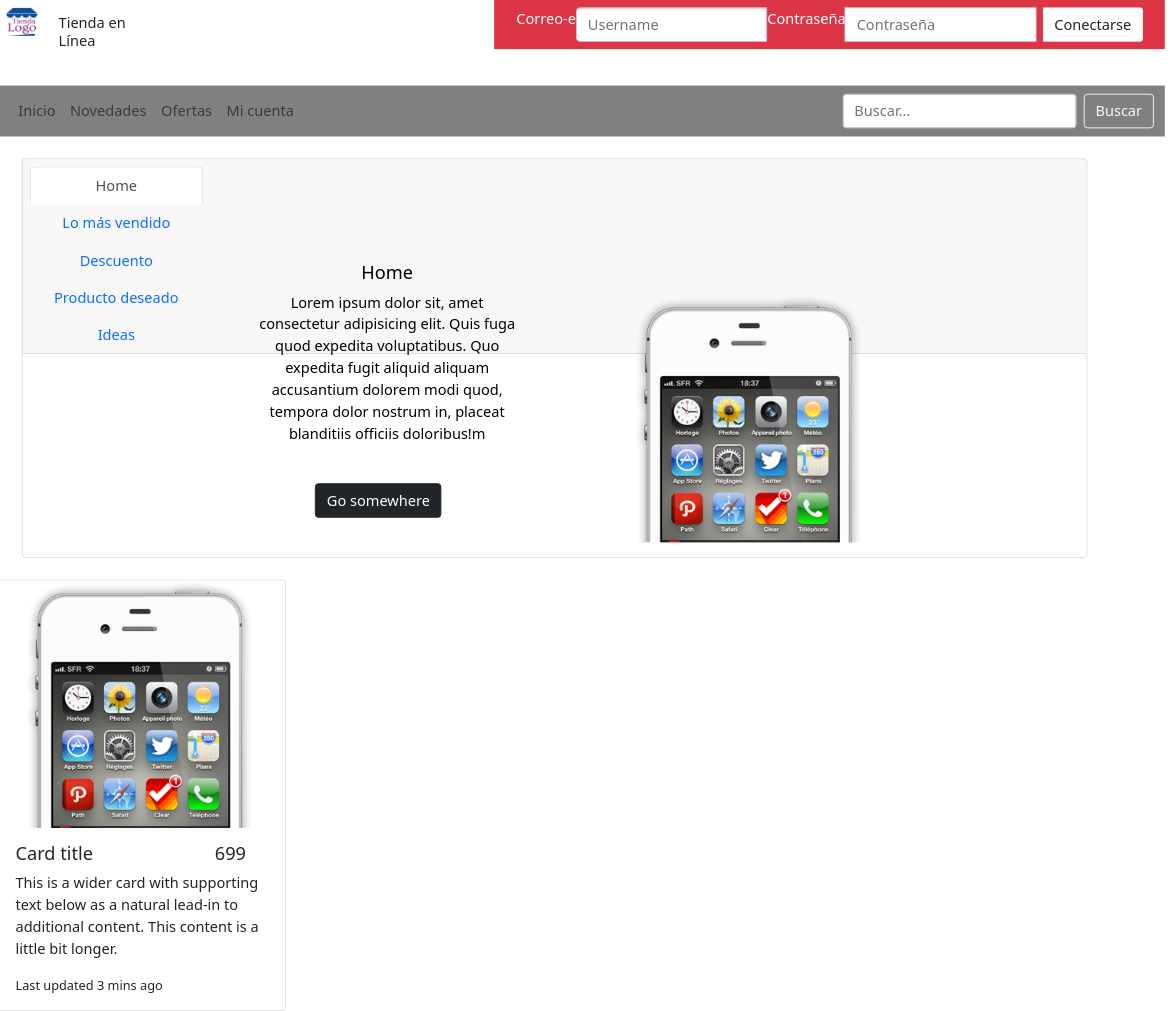
Repository: nicorp00/bootstrapSass
Page: Main/index.html
The author's editor kept a copy of each file at every save. The page is drawn from the files as they stood at one save, then again after the next save.
The browser window is 1280 px wide. The page is 1292 px wide, so the pictures cover 1292 px, including what lies to the right of the window. The pictures show the whole page, at 91% of full size.
Some web libraries are served in a nearby version. The style sheet was rebuilt from its Sass, Less or Tailwind sources for each picture, by a compiler version that may differ from the author's.

Above is the page before, as saved 2022-03-25 12:01:20.

### Main/index.html
<!DOCTYPE html>
<html lang="en">
<head>
    <meta charset="UTF-8">
    <meta http-equiv="X-UA-Compatible" content="IE=edge">
    <meta name="viewport" content="width=device-width, initial-scale=1.0">
    <title>Document</title>
    <link rel="stylesheet" href="css/style.css">
    <link rel="stylesheet" href="css/bootstrap.min.css">
    <link rel="stylesheet" href="https://use.fontawesome.com/releases/v5.8.1/css/all.css"
        integrity="sha384-50oBUHEmvpQ+1lW4y57PTFmhCaXp0ML5d60M1M7uH2+nqUivzIebhndOJK28anvf" crossorigin="anonymous">
</head>
<body>
    <section class="section__top row">
        <div class="col-2">
            <div class="card mb-3 border-0" style="max-width: 540px;">
                <div class="row g-0">
                  <div class="col-md-3">
                    <img src="img/logo.png" class="img-fluid rounded-start" alt="...">
                  </div>
                  <div class="col-md-9">
                    <div class="card-body">
                      <h6 class="card-title">Tienda en Línea</h6>
                    </div>
                  </div>
                </div>
              </div>
        </div>
        <div class="col-3"></div>
        <div class="top-nav col-7">
            <nav class="navbar navbar-danger bg-danger">
                <form class="container-fluid">
                  <div class="input-group">
                    <!--<span class="input-group-text" id="basic-addon1">@</span>-->
                    Correo-e<input type="text" class="form-control" placeholder="Username" aria-label="Correo@" aria-describedby="basic-addon1">
                    Contraseña<input class="form-control me-2" type="search" placeholder="Contraseña" aria-label="Search">
                    <button class="btn btn-outline" type="submit">Conectarse</button>
                  </div>
                </form>
              </nav>
        </div>
    </section>

    <section class="section__nav">
        <nav class="navbar navbar-expand-lg navbar-light">
            <div class="container-fluid">
              <button class="navbar-toggler" type="button" data-bs-toggle="collapse" data-bs-target="#navbarSupportedContent" aria-controls="navbarSupportedContent" aria-expanded="false" aria-label="Toggle navigation">
                <span class="navbar-toggler-icon"></span>
              </button>
              <div class="collapse navbar-collapse" id="navbarSupportedContent">
                <ul class="navbar-nav me-auto mb-2 mb-lg-0">
                  <li class="nav-item">
                    <a class="nav-link" aria-current="page" href="#">Inicio</a>
                  </li>
                  <li class="nav-item">
                    <a class="nav-link" href="#">Novedades</a>
                  </li>
                  <li class="nav-item">
                    <a class="nav-link" href="#">Ofertas</a>
                  </li>
                  <li class="nav-item">
                    <a class="nav-link" href="#">Mi cuenta</a>
                  </li>
                </ul>
                <form class="d-flex">
                  <input class="form-control me-2" type="search" placeholder="Buscar..." aria-label="Search">
                  <button class="btn btn-outline-light" type="submit">Buscar</button>
                </form>
              </div>
            </div>
          </nav>
    </section>

    <section class="section__1">
        <div class="row">
            <div class="m-4 col-11 text-black">
                <div class="card text-center">
                    <div class="card-header">
                        <ul class="nav nav-tabs card-header-tabs flex-column col-2" id="myTab">
                            <li class="nav-item">
                                <a href="#home" class="nav-link active" data-bs-toggle="tab">Home</a>
                            </li>
                            <li class="nav-item">
                                <a href="#vendido" class="nav-link" data-bs-toggle="tab">Lo más vendido</a>
                            </li>
                            <li class="nav-item">
                                <a href="#descuento" class="nav-link" data-bs-toggle="tab">Descuento</a>
                            </li>
                            <li class="nav-item">
                              <a href="#deseado" class="nav-link" data-bs-toggle="tab">Producto deseado</a>
                          </li>
                          <li class="nav-item">
                                <a href="#ideas" class="nav-link" data-bs-toggle="tab">Ideas</a>
                            </li>
                        </ul>
                    </div>
                    <div class="card-body">
                        <div class="tab-content">
                            <div class="tab-pane fade show active" id="home">
                                <h5 class="card-title col-4">Home</h5>
                                <p class="card-text col-4">Lorem ipsum dolor sit, amet consectetur adipisicing elit. Quis fuga quod expedita voluptatibus. Quo expedita fugit aliquid aliquam accusantium dolorem modi quod, tempora dolor nostrum in, placeat blanditiis officiis doloribus!m</p>
                                <a href="#" class="btn btn-dark">Go somewhere</a>
                                <img class="img-fluid col-4" src="img/iphone.png">
                            </div>

                            <div class="tab-pane fade show" id="vendido">
                              <h5 class="card-title col-4">Home</h5>
                              <p class="card-text col-4">Lorem ipsum dolor sit, amet consectetur adipisicing elit. Quis fuga quod expedita voluptatibus. Quo expedita fugit aliquid aliquam accusantium dolorem modi quod, tempora dolor nostrum in, placeat blanditiis officiis doloribus!m</p>
                              <a href="#" class="btn btn-dark">Go somewhere</a>
                              <img class="img-fluid col-4" src="img/ipad.png">
                          </div>

                          <div class="tab-pane fade show" id="descuento">
                            <h5 class="card-title col-4">Home</h5>
                            <p class="card-text col-4">Lorem ipsum dolor sit, amet consectetur adipisicing elit. Quis fuga quod expedita voluptatibus. Quo expedita fugit aliquid aliquam accusantium dolorem modi quod, tempora dolor nostrum in, placeat blanditiis officiis doloribus!m</p>
                            <a href="#" class="btn btn-dark">Go somewhere</a>
                            <img class="img-fluid col-4" src="img/ps4.png">
                        </div>

                        <div class="tab-pane fade show" id="deseado">
                          <h5 class="card-title col-4">Home</h5>
                          <p class="card-text col-4">Lorem ipsum dolor sit, amet consectetur adipisicing elit. Quis fuga quod expedita voluptatibus. Quo expedita fugit aliquid aliquam accusantium dolorem modi quod, tempora dolor nostrum in, placeat blanditiis officiis doloribus!m</p>
                          <a href="#" class="btn btn-dark">Go somewhere</a>
                          <img class="img-fluid col-4" src="img/s5.png">
                      </div>

                      <div class="tab-pane fade show" id="ideas">
                        <h5 class="card-title col-4">Home</h5>
                        <p class="card-text col-4">Lorem ipsum dolor sit, amet consectetur adipisicing elit. Quis fuga quod expedita voluptatibus. Quo expedita fugit aliquid aliquam accusantium dolorem modi quod, tempora dolor nostrum in, placeat blanditiis officiis doloribus!m</p>
                        <a href="#" class="btn btn-dark">Go somewhere</a>
                        <img class="img-fluid col-4" src="img/tv.png">
                    </div>
                        </div>
                    </div>
                </div>
            </div>
        </div>
    </section>

    <section class="">
      <div class="row">
        <div class="card col-3">
          <img src="img/iphone.png" class="card-img-top img-fluid" alt="...">
          <div class="card-body row">
            <h5 class="card-title col-9">Card title</h5>
            <h5 class="card-title col-3">699</h5>
            <p class="card-text">This is a wider card with supporting text below as a natural lead-in to additional content. This content is a little bit longer.</p>
            <p class="card-text"><small class="">Last updated 3 mins ago</small></p>
          </div>
        </div>
      </div>
    </section>
    <script src="js/bootstrap.min.js"></script>
</body>
</html>

### Main/scss/style.scss
@use 'section__top';
@use 'section__nav';
@use 'section__1';

### Main/scss/_section__top.scss
.section__top{
    span{
        margin-left: 20%;
    }
    form{
        color: white;
    }
    button{
        background-color: white;
    }
}

### Main/scss/_section__nav.scss
.section__nav{
    background-color: grey;

    .nav-item{
        color: white;
    }
}

### Main/scss/_section__1.scss
.section__1{
    .card-body{
        margin-left: 20%;
        margin-top: -10%;

        img{
            margin-top: -20%;
            margin-left: 20%;
        }

        .btn{
            margin-left: -15%;
        }

    }
}

Loaded but not shown: Main/css/bootstrap.min.css (library); Main/js/bootstrap.min.js (library)

After the next save:
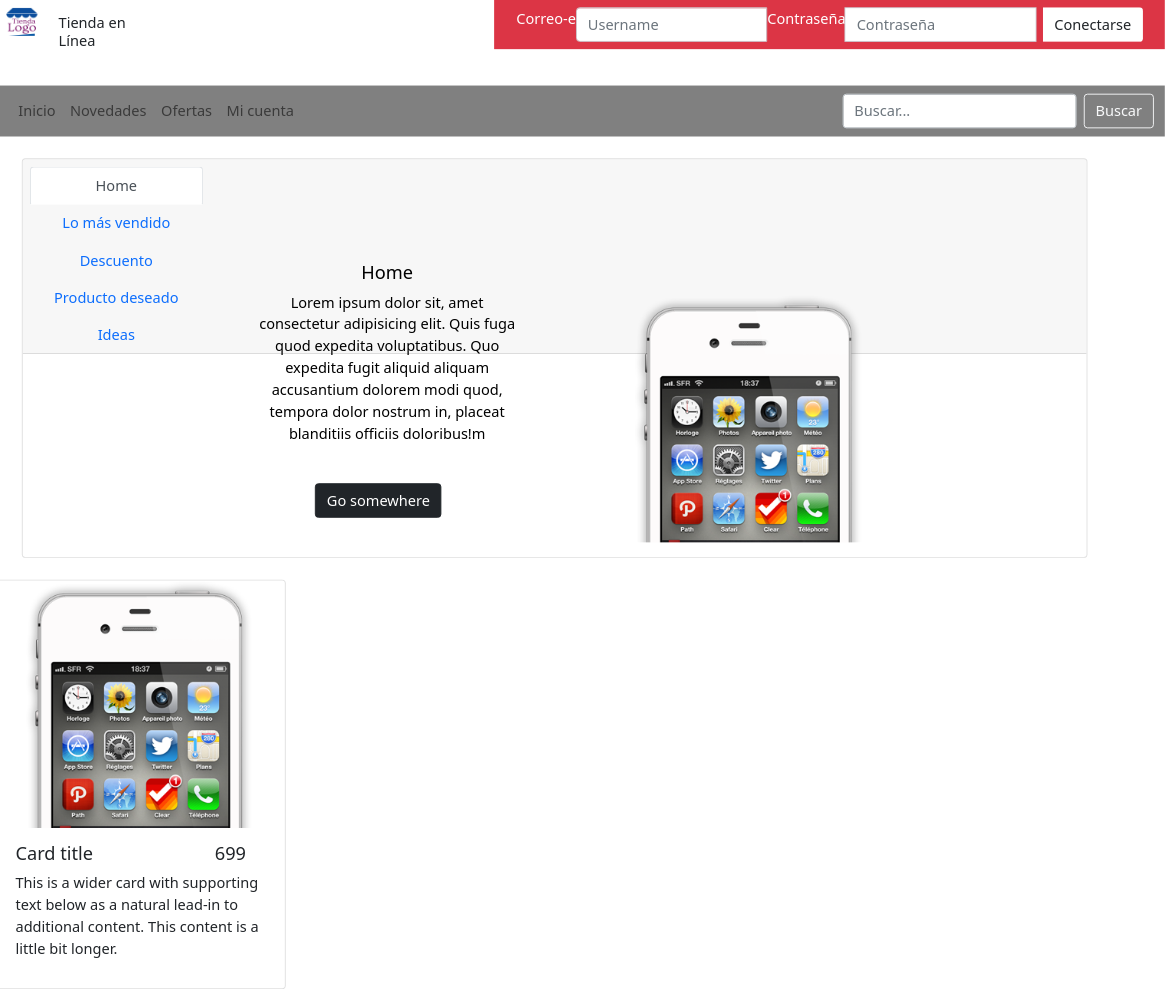
Saved 7 s later.
--- a/Main/index.html
+++ b/Main/index.html
@@ -145,7 +145,7 @@
             <h5 class="card-title col-9">Card title</h5>
             <h5 class="card-title col-3">699</h5>
             <p class="card-text">This is a wider card with supporting text below as a natural lead-in to additional content. This content is a little bit longer.</p>
-            <p class="card-text"><small class="">Last updated 3 mins ago</small></p>
+            <p class="card-text"><small class=""></small></p>
           </div>
         </div>
       </div>

After the save that followed:
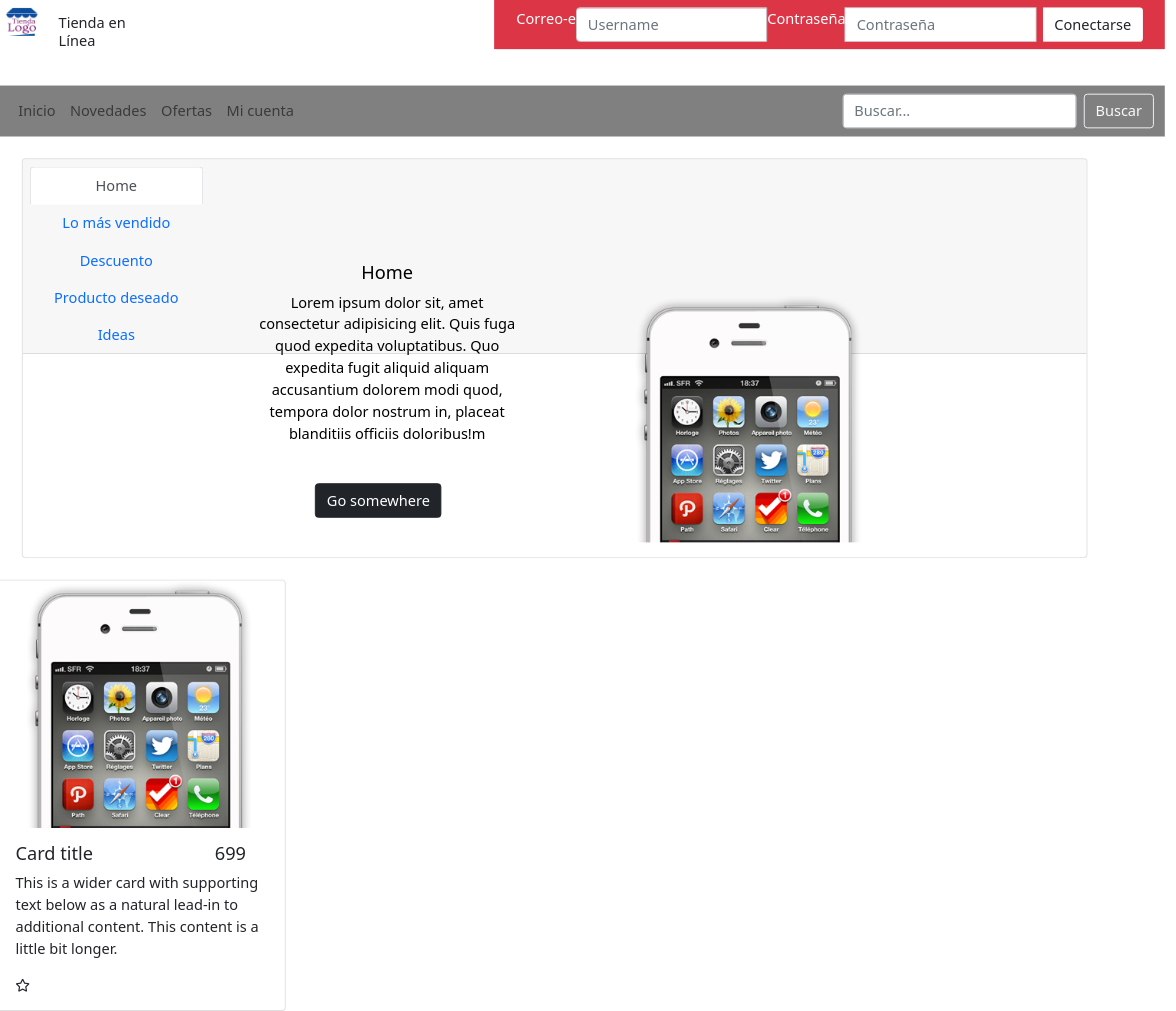
Saved 20 s later.
--- a/Main/index.html
+++ b/Main/index.html
@@ -145,7 +145,7 @@
             <h5 class="card-title col-9">Card title</h5>
             <h5 class="card-title col-3">699</h5>
             <p class="card-text">This is a wider card with supporting text below as a natural lead-in to additional content. This content is a little bit longer.</p>
-            <p class="card-text"><small class=""></small></p>
+            <p class="card-text"><small class=""><i class="far fa-star"></i></small></p>
           </div>
         </div>
       </div>
